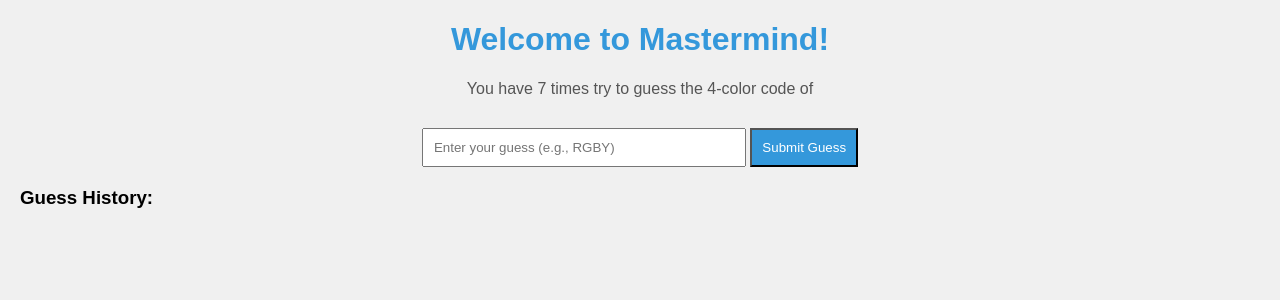
Repository: cheasopheaknita/Mastermind_Game
Page: http://localhost/
The author's editor kept a copy of each file at every save. The page is drawn from the files as they stood at one save, then again after the next save.
The browser window is 1280 px wide. The pictures show the whole page.
The page is served by the project's application, run on Flask 3 (mastermind_project/app.py).

Above is the page before, as saved 2024-02-06 02:07:23.

### mastermind_project/templates/mastermind_game.html
<!-- mastermind_game.html -->
<!DOCTYPE html>
<html lang="en">
<head>
    <meta charset="UTF-8">
    <meta name="viewport" content="width=device-width, initial-scale=1.0">
    <title>Mastermind Game</title>
    <style>
        body {
            font-family: 'Arial', sans-serif;
            background-color: #f0f0f0;
            text-align: center;
            margin: 20px;
        }

        h1 {
            color: #3498db;
        }

        p {
            color: #555;
        }

        #result {
            margin-top: 20px;
            font-weight: bold;
            color: #27ae60;
        }

        #userGuess {
            padding: 10px;
            margin-top: 10px;
            width: 300px; /* Adjust the width as needed */
        }

        button {
            padding: 10px;
            background-color: #3498db;
            color: #fff;
            cursor: pointer;
        }

        #history {
            margin-top: 20px;
            text-align: left;
        }

        #guessHistory li {
            margin-bottom: 5px;
            padding: 8px;
            border-radius: 5px;
        }

        .correct {
            background-color: #2ecc71; /* Green for correct guesses */
            color: #fff;
        }

        .incorrect {
            background-color: #e74c3c; /* Red for incorrect guesses */
            color: #fff;
        }

        #gameOverMessage {
            margin-top: 20px;
            font-weight: bold;
            color: #e74c3c;
        }
    </style>
</head>
<body>
    <h1>Welcome to Mastermind!</h1>
    <p>You have 7 times try to guess the 4-color code of</p>

    <div id="result"></div>

    <input type="text" id="userGuess" placeholder="Enter your guess (e.g., RGBY)" size="30">
    <button onclick="submitGuess()" id="guessButton">Submit Guess</button>

    <div id="history">
        <h3>Guess History:</h3>
        <ul id="guessHistory"></ul>
    </div>

    <div id="gameOverMessage"></div>

    <button onclick="restartGame()" id="restartButton" style="display: none;">Play Again</button>

    <script>
        var remainingGuesses = 7;

        function submitGuess() {
            if (remainingGuesses > 0) {
                // Your existing code for submitting a guess

                if (remainingGuesses === 0) {
                    disableGuessInput();
                    displayGameOverMessage();
                    showRestartButton();
                }
            }
        }

        function restartGame() {
            // Reset the game state
            remainingGuesses = 7;
            document.getElementById("userGuess").value = "";
            document.getElementById("result").innerText = "";
            document.getElementById("guessHistory").innerHTML = "";
            document.getElementById("gameOverMessage").innerText = "";
            hideRestartButton();

            // Your existing code to enable input and submit button
        }

        function showRestartButton() {
            document.getElementById("restartButton").style.display = "block";
        }

        function hideRestartButton() {
            document.getElementById("restartButton").style.display = "none";
        }
    </script>
</body>
</html>

### mastermind_project/app.py
# app.py
from flask import Flask, render_template, request, jsonify
import random

app = Flask(__name__)

def generate_secret_code():
    colors = ['R', 'G', 'B', 'Y', 'O', 'P']
    return [random.choice(colors) for _ in range(4)]

def evaluate_guess(secret_code, guess):
    correct_color_and_position = sum(s == g for s, g in zip(secret_code, guess))
    correct_color_only = sum(min(secret_code.count(c), guess.count(c)) for c in set(secret_code)) - correct_color_and_position
    return correct_color_and_position, correct_color_only

secret_code = generate_secret_code()
remaining_attempts = 7

@app.route('/')
def index():
    return render_template('mastermind_game.html', secret_code=secret_code)

@app.route('/submit_guess', methods=['POST'])
def submit_guess():
    global remaining_attempts

    if remaining_attempts == 0:
        return jsonify({'error': "Game Over! You've used all 7 attempts."})

    user_guess = request.json.get('guess')

    # Validate the guess here if needed
    if len(user_guess) != 4 or not all(color in 'RGBYOP' for color in user_guess):
        return jsonify({'error': 'Invalid input. Please enter a 4-color code using the letters R, G, B, Y, O, P.'})

    correct_color_and_position, correct_color_only = evaluate_guess(secret_code, user_guess)

    if correct_color_and_position == 4:
        result_message = f"Congratulations! You've guessed the code {secret_code}."
    else:
        result_message = f"Correct color and position: {correct_color_and_position}, Correct color only: {correct_color_only}."

    remaining_attempts -= 1

    if remaining_attempts == 0:
        result_message = "Game Over! You've used all 7 attempts."

    return jsonify({'result': result_message, 'remaining_attempts': remaining_attempts})

if __name__ == '__main__':
    app.run(debug=True)

After the next save:
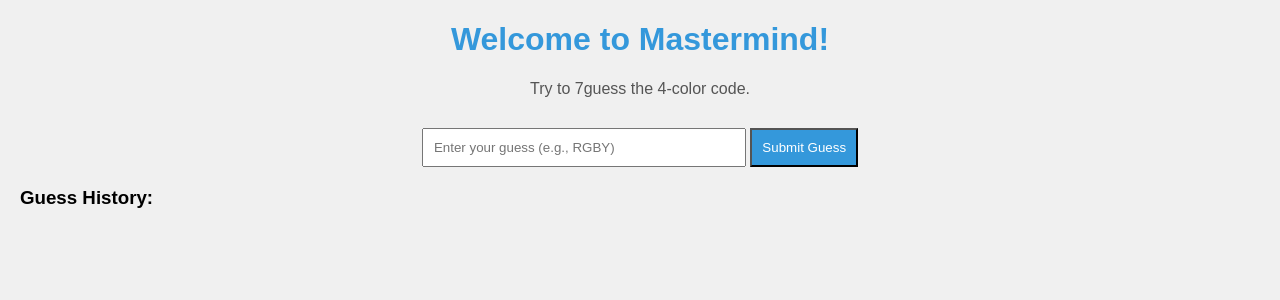
Saved 21 s later.
--- a/mastermind_project/templates/mastermind_game.html
+++ b/mastermind_project/templates/mastermind_game.html
@@ -70,7 +70,7 @@
 </head>
 <body>
     <h1>Welcome to Mastermind!</h1>
-    <p>You have 7 times try to guess the 4-color code of</p>
+    <p>Try to 7guess the 4-color code.</p>
 
     <div id="result"></div>
 
